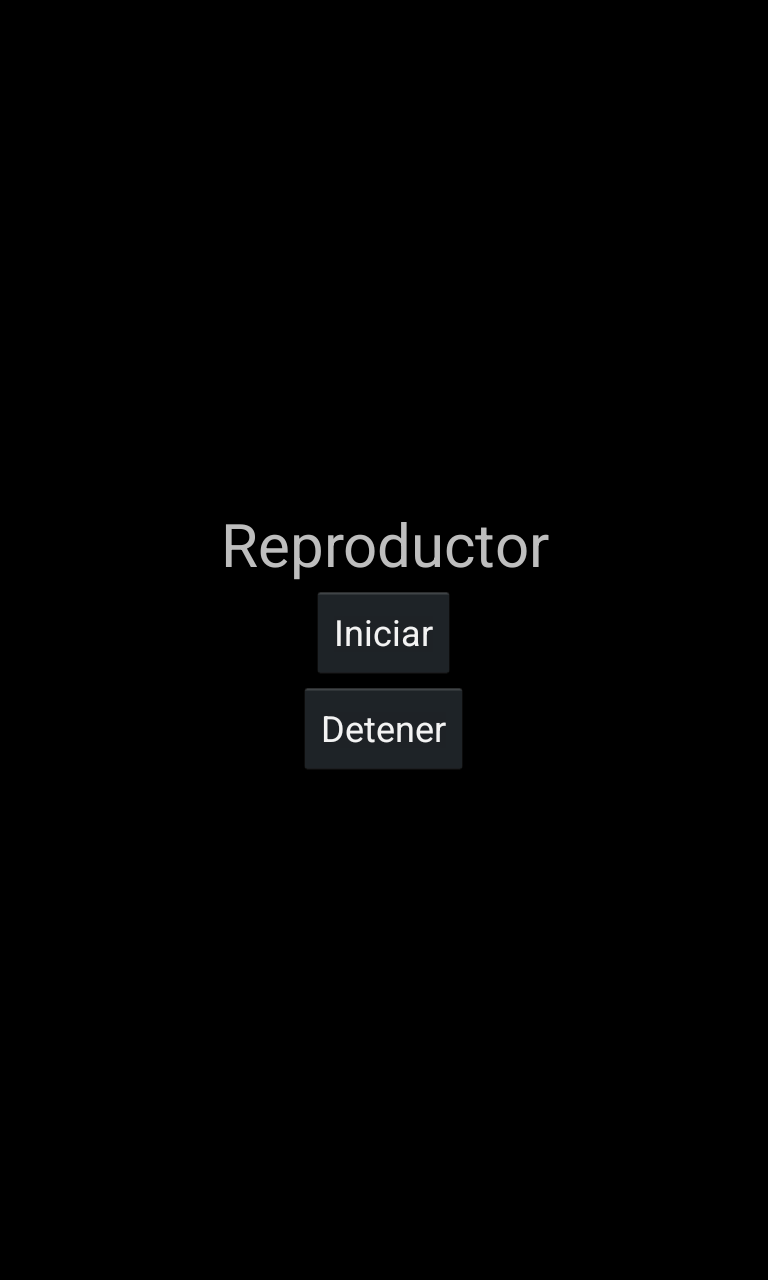
Repository: dorisserruto/un_exercises
Layout: javaandroid/Recursos/workspace-profe/lab13_player1/res/layout/main.xml
An editor plug-in stored every save of this project. The layout is shown before and after the next save, followed by the edit.
It is drawn on a 768 x 1280 px phone screen (xhdpi) without system bars, with theme android:Theme.Holo; the app's code is not run.

Above is the layout before, as saved 2012-06-24 16:51:38.

After the next save:
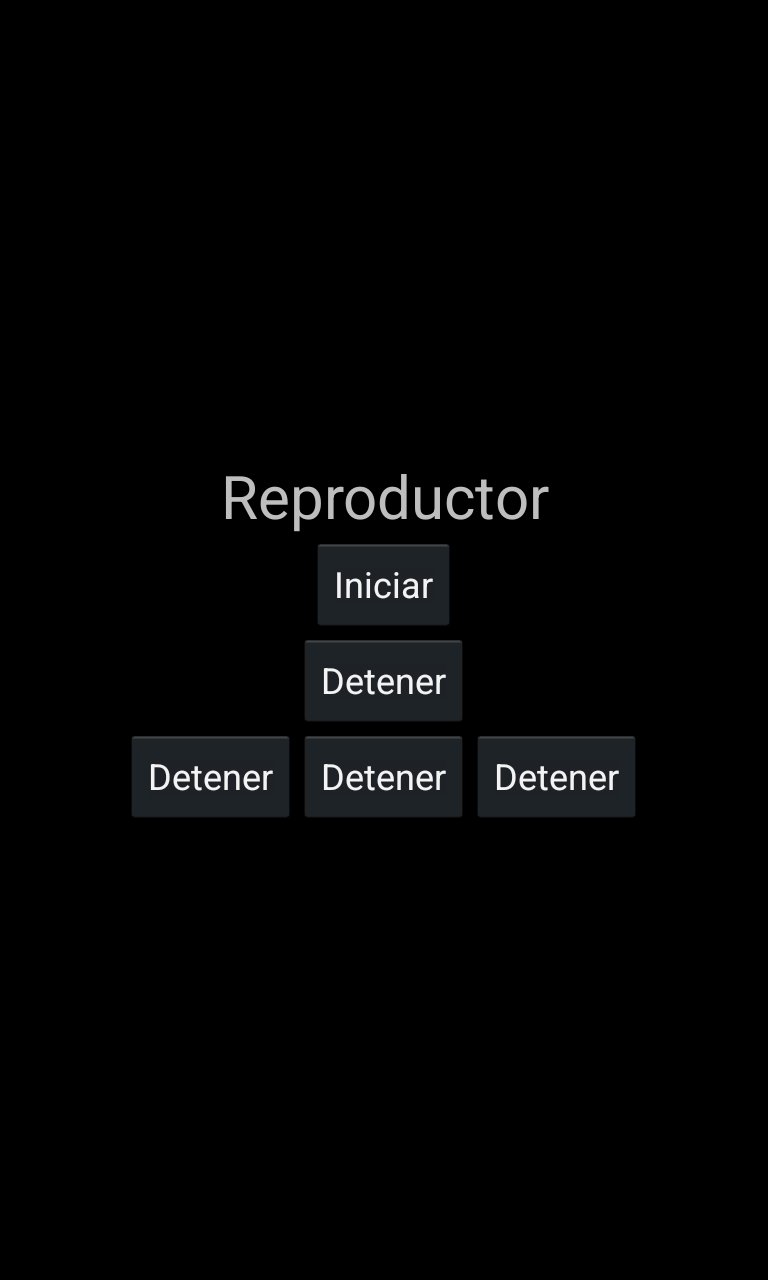
Saved 34 s later.
--- a/javaandroid/Recursos/workspace-profe/lab13_player1/res/layout/main.xml
+++ b/javaandroid/Recursos/workspace-profe/lab13_player1/res/layout/main.xml
@@ -30,6 +30,23 @@
         android:layout_width="wrap_content"
         android:layout_height="wrap_content"
         android:orientation="horizontal" >
+
+        <Button
+        android:id="@+id/btn1"
+        android:layout_width="wrap_content"
+        android:layout_height="wrap_content"
+        android:text="Detener" />
+        <Button
+        android:id="@+id/btn2"
+        android:layout_width="wrap_content"
+        android:layout_height="wrap_content"
+        android:text="Detener" />
+        <Button
+        android:id="@+id/btn3"
+        android:layout_width="wrap_content"
+        android:layout_height="wrap_content"
+        android:text="Detener" />
+
     </LinearLayout>
     <LinearLayout
         android:layout_width="wrap_content"
